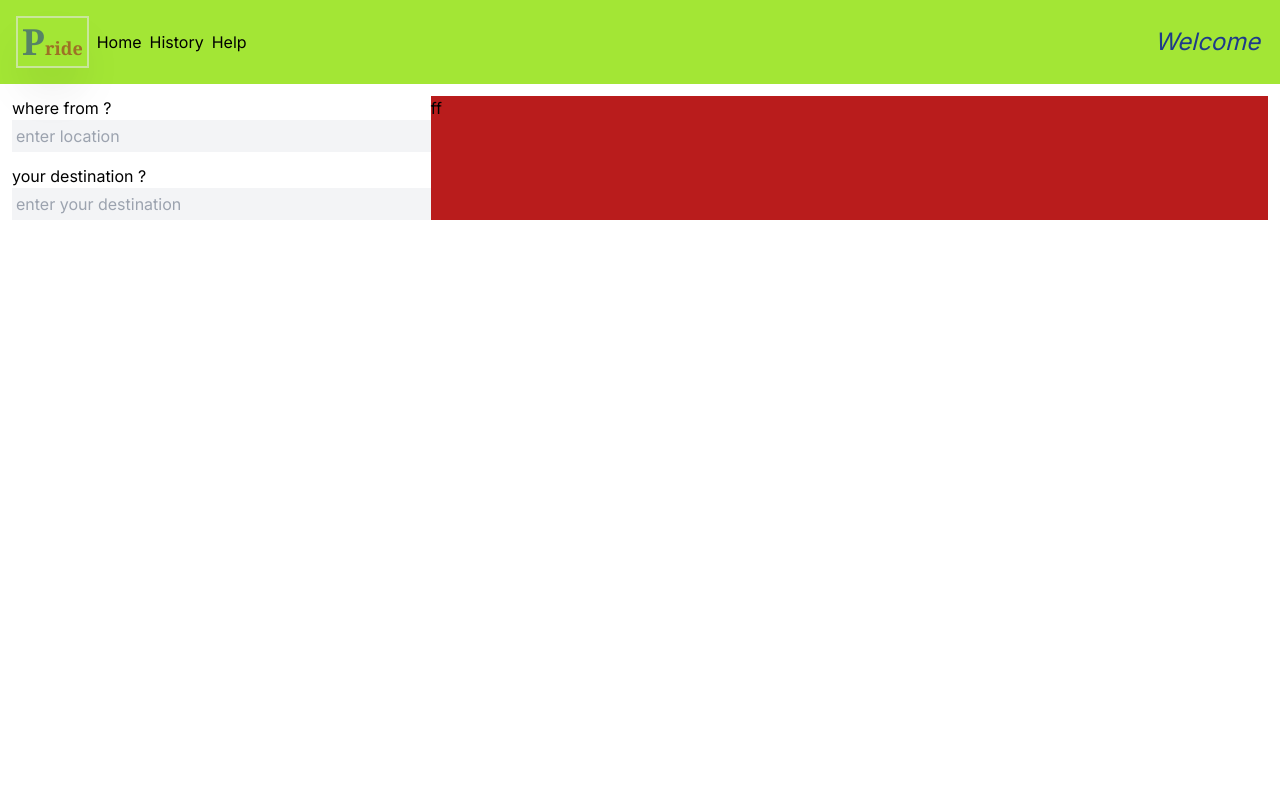
Repository: Semanmernstack/uber-mapbox
Page: /
These files come from the project's save history. The page is drawn as it stood at one moment and after the next save; the edit follows.
The browser window is 1280 px wide. The pictures show the whole page.
The page's requests for data from a server got no answer. The project was rebuilt for these pictures with package versions that can differ from the ones it lists, and the page was loaded fresh each time. Some packages were replaced by stand-ins written for this rebuild. The framework's server and built-in components were replaced by stand-ins that run in the browser. No one was signed in, and anything a server would have sent is missing. Also part of the build but not shown: next.config.js.

Above is the page before, as saved 2023-08-15 07:15:34.

### app/layout.tsx
import './globals.css'
import type { Metadata } from 'next'
import { Inter } from 'next/font/google'
import Nav from './components/Nav'
import { ClerkProvider } from '@clerk/nextjs'

const inter = Inter({ subsets: ['latin'] })

export const metadata: Metadata = {
  title: 'Create Next App',
  description: 'Generated by create next app',
}

export default function RootLayout({
  children,
}: {
  children: React.ReactNode
}) {
  return (
    <ClerkProvider>
      <html lang="en">
        <body className={inter.className}> <Nav/>  {children}</body>
      </html>
    </ClerkProvider>
  )
}

### app/page.tsx
import Image from 'next/image'
import Booking from './components/Booking'

export default function Home() {
  return (
    <main className="p-3 gap h-screen">
      <div className="grid grid-cols-1 md:grid-cols-3 ">
        <div className="">
          <Booking/>

        </div>
        <div className=" bg-red-700 col-span-2">
          <h1>ff</h1>
        </div>
      </div>
    </main>
  )
}

### app/components/Nav.tsx
import { UserButton, currentUser } from '@clerk/nextjs'
import React from 'react'

async function Nav() {
    const user = await currentUser()
  return (
    <div className="flex items-center justify-between p-4 bg-lime-400">
        <div className="flex items-center gap-2">

            <h1 className="font-extrabold shadow-2xl border-gray-200 border-2 p-1 font-serif text-2xl md:text-3xl lg:text-4xl animate-pulse text-blue-900">P<span className="text-lg animate-none font-bold text-red-800">ride</span></h1>
            <h2>Home</h2>
            <h2>History</h2>
            <h2>Help</h2>

        </div>
        <div className="flex gap-1 items-center">
            <h1 className="text-2xl text-blue-900 italic">Welcome</h1>
            <h1 className='hidden md:inline-flex'>{user?.firstName}</h1>
            <UserButton/>
        </div>
    </div>
  )
}

export default Nav

### app/components/Booking.tsx
import React from 'react'
import BookingInput from './BookingInput'

function Booking() {
  return (
    <div>
        <BookingInput/>
    </div>
  )
}

export default Booking

### app/components/BookingInput.tsx
"use client"

import React, { useState } from 'react'

function BookingInput() {
    const [where, setWhere] = useState<any>()
    const [to, setTo] = useState<any>()
  return (
    <div className="flex flex-col gap-3">
        <div>
            <label> where from ?</label>
            <input type="text" placeholder='enter location'
                value={where}
                onChange={(e) => setWhere(e.target.value)}
                className="border-1 w-full outline-none bg-gray-100 focus:border-gray-700 p-1"
            />
        </div>

        <div>
            <label> your destination ?</label>

            <input type="text" placeholder='enter your destination'
                value={to}
                onChange={(e) => setTo(e.target.value)}
                className="border-1 w-full outline-none bg-gray-100 focus:border-gray-700 p-1"
            />
        </div>
    </div>
  )
}

export default BookingInput

Loaded but not shown: app/globals.css (common file); tailwind.config.ts (common file)

After the next save:
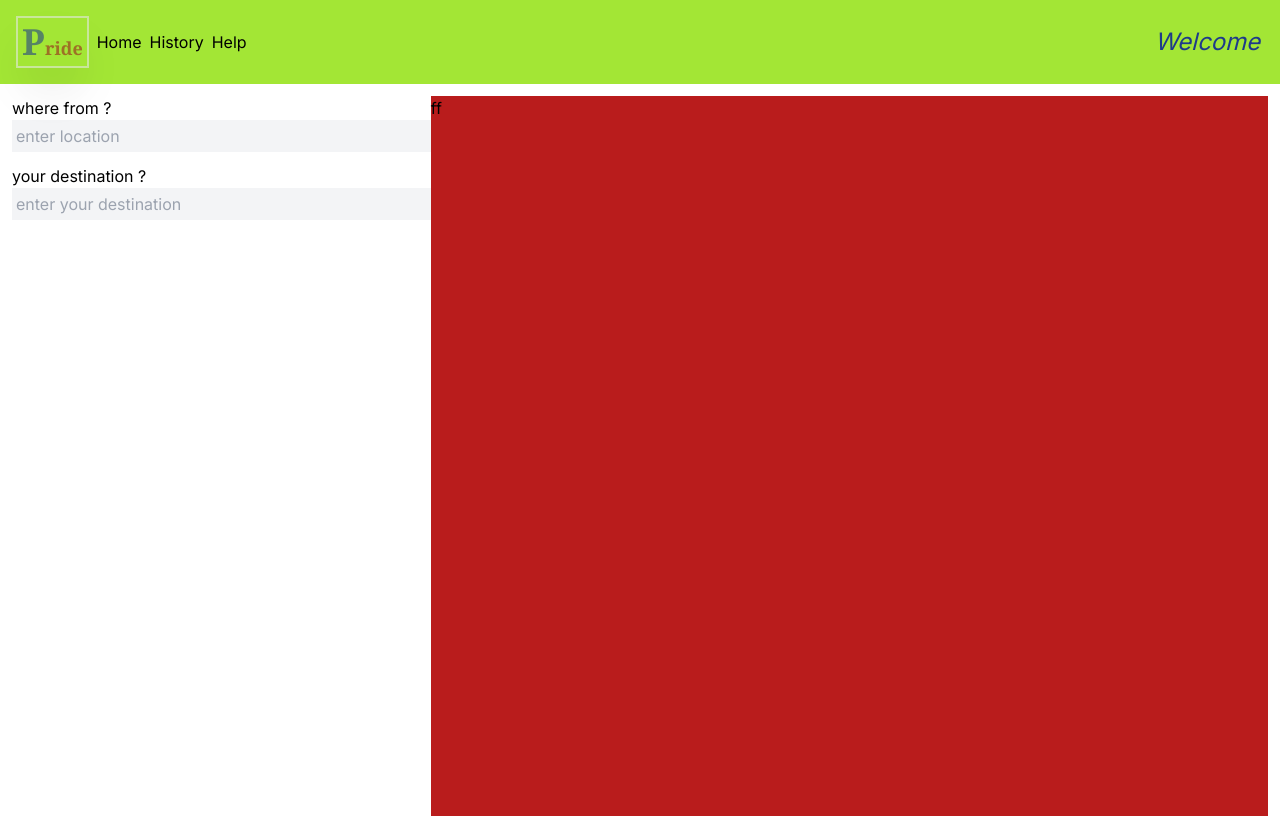
Saved 3 min 39 s later.
--- a/app/components/Booking.tsx
+++ b/app/components/Booking.tsx
@@ -3,7 +3,7 @@
 
 function Booking() {
   return (
-    <div>
+    <div className="h-screen">
         <BookingInput/>
     </div>
   )
